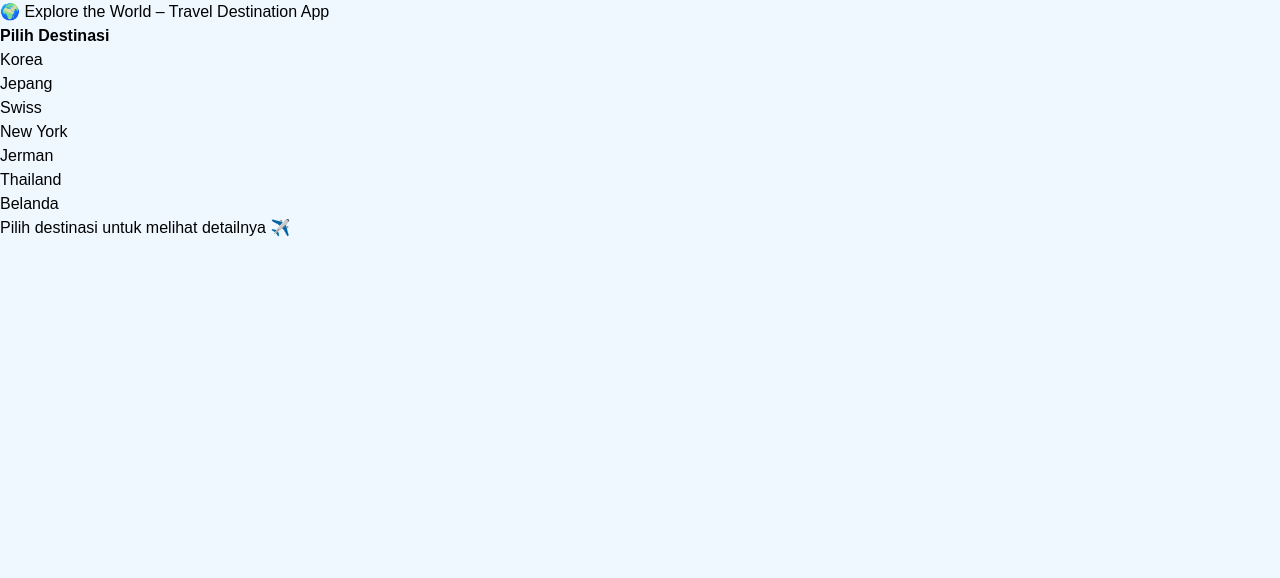
Repository: clara20050224/TravelDestination
Page: /
An editor plug-in stored every save of this project. The page is shown before and after the next save, followed by the edit.
The browser window is 1280 px wide. The pictures show the whole page.
The project was rebuilt for these pictures with package versions that can differ from the ones it lists, and the page was loaded fresh each time.

Above is the page before, as saved 2025-10-28 20:49:43.

### index.html
<!DOCTYPE html>
<html lang="en">
  <head>
    <meta charset="UTF-8" />
    <link rel="icon" type="image/svg+xml" href="/vite.svg" />
    <meta name="viewport" content="width=device-width, initial-scale=1.0" />
    <title>Travel Destination App</title>
  </head>
  <body>
    <div id="root"></div>
    <script type="module" src="/src/main.jsx"></script>
  </body>
</html>

### src/App.jsx
import React, { useState } from "react";
import Header from "./components/Header";
import DestinationList from "./components/DestinationList";
import DestinationDetail from "./components/DestinationDetail";

export default function App() {
  const [selectedDestination, setSelectedDestination] = useState(null);

  const destinations = [
    {
      name: "Korea",
      description: "Negeri ginseng dengan budaya K-pop dan kuliner khas seperti kimchi.",
      image: "https://images.unsplash.com/photo-1585123662034-916e3c2e8433",
    },
    {
      name: "Jepang",
      description: "Negeri sakura dengan teknologi maju dan keindahan kuil tradisional.",
      image: "https://images.unsplash.com/photo-1568605117036-5fe5e7bab0b7",
    },
    {
      name: "Swiss",
      description: "Negara dengan pegunungan Alpen dan cokelat terbaik di dunia.",
      image: "https://images.unsplash.com/photo-1521295121783-8a321d551ad2",
    },
    {
      name: "New York",
      description: "Kota yang tidak pernah tidur, pusat budaya dan ekonomi dunia.",
      image: "https://images.unsplash.com/photo-1534447677768-be436bb09401",
    },
    {
      name: "Jerman",
      description: "Negeri dengan sejarah panjang, kastil indah, dan sosis bratwurst.",
      image: "https://images.unsplash.com/photo-1509395176047-4a66953fd231",
    },
    {
      name: "Thailand",
      description: "Negara tropis penuh kuliner lezat dan pantai yang eksotis.",
      image: "https://images.unsplash.com/photo-1507525428034-b723cf961d3e",
    },
    {
      name: "Belanda",
      description: "Negara kincir angin dan bunga tulip yang mempesona.",
      image: "https://images.unsplash.com/photo-1469474968028-56623f02e42e",
    },
  ];

  return (
    <div className="min-h-screen bg-gradient-to-b from-blue-50 to-blue-100 p-6">
      <Header />
      <div className="grid grid-cols-1 md:grid-cols-2 gap-6 mt-6">
        <DestinationList
          destinations={destinations}
          onSelect={setSelectedDestination}
        />
        <DestinationDetail destination={selectedDestination} />
      </div>
    </div>
  );
}

### src/index.css
@tailwind base;
@tailwind components;
@tailwind utilities;

/* Custom tambahan (opsional) */
body {
  font-family: 'Poppins', sans-serif;
  background-color: #f0f8ff;
}

h1, h2, h3 {
  font-weight: 600;
}

### src/components/Header.jsx
import React from "react";

export default function Header() {
  return (
    <header className="text-center text-3xl font-bold text-blue-700">
      🌍 Explore the World – Travel Destination App
    </header>
  );
}

### src/components/DestinationList.jsx
import React from "react";

export default function DestinationList({ destinations, onSelect }) {
  return (
    <div className="bg-white rounded-2xl shadow-lg p-4">
      <h2 className="text-2xl font-semibold mb-4 text-gray-700">Pilih Destinasi</h2>
      <ul className="space-y-3">
        {destinations.map((dest, index) => (
          <li
            key={index}
            className="p-3 rounded-xl cursor-pointer hover:bg-blue-100 transition"
            onClick={() => onSelect(dest)}
          >
            <span className="font-medium text-gray-800">{dest.name}</span>
          </li>
        ))}
      </ul>
    </div>
  );
}

### src/components/DestinationDetail.jsx
import React from "react";

export default function DestinationDetail({ destination }) {
  if (!destination) {
    return (
      <div className="bg-white rounded-2xl shadow-lg p-4 text-gray-600 flex items-center justify-center h-full">
        <p>Pilih destinasi untuk melihat detailnya ✈️</p>
      </div>
    );
  }

  return (
    <div className="bg-white rounded-2xl shadow-lg p-4">
      <img
        src={destination.image}
        alt={destination.name}
        className="w-full h-64 object-cover rounded-xl mb-4"
      />
      <h2 className="text-2xl font-bold text-blue-700 mb-2">
        {destination.name}
      </h2>
      <p className="text-gray-700">{destination.description}</p>
    </div>
  );
}

Loaded but not shown: src/main.jsx (common file)

After the next save:
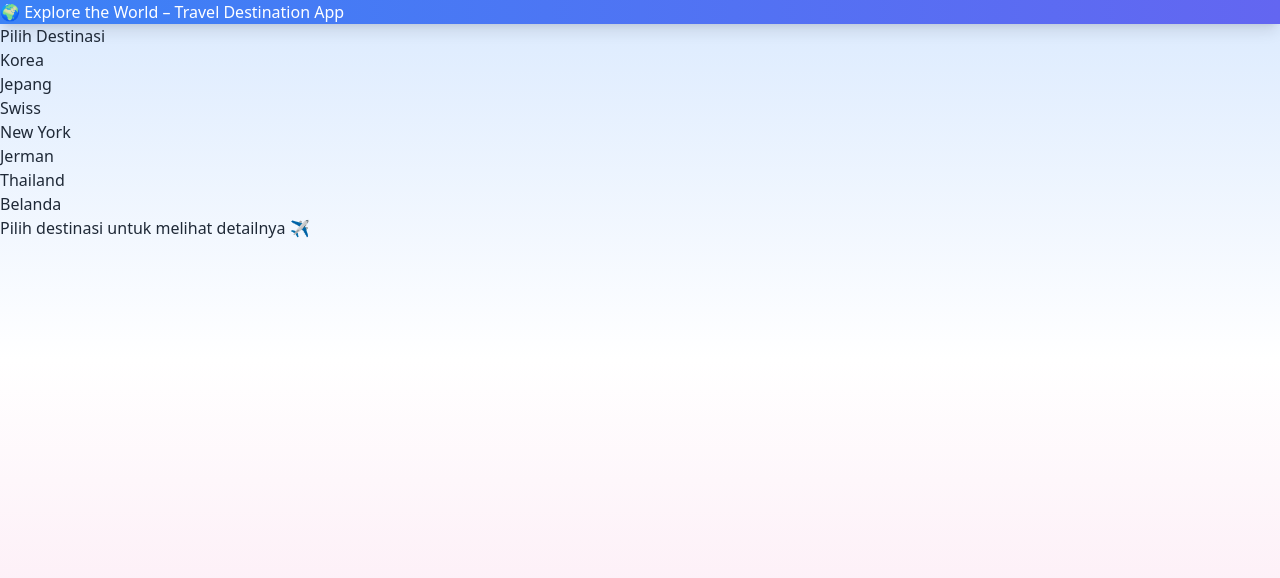
Saved 21 min 9 s later.
--- a/src/index.css
+++ b/src/index.css
@@ -2,12 +2,76 @@
 @tailwind components;
 @tailwind utilities;
 
-/* Custom tambahan (opsional) */
+/* 🌍 Custom styles */
 body {
-  font-family: 'Poppins', sans-serif;
-  background-color: #f0f8ff;
+  @apply bg-gradient-to-b from-blue-100 via-white to-pink-100
+         min-h-screen font-sans text-gray-800;
 }
 
-h1, h2, h3 {
-  font-weight: 600;
+/* Header Styling */
+header {
+  @apply bg-gradient-to-r from-blue-500 to-indigo-500 text-white shadow-lg;
 }
+
+/* Destination Card Styling */
+.destination-card {
+  @apply bg-white rounded-2xl shadow-md hover:shadow-xl transition-shadow duration-300
+         transform hover:scale-105 cursor-pointer;
+}
+
+/* Image styling */
+.destination-card img {
+  @apply w-full h-48 object-cover rounded-t-2xl;
+}
+
+/* Destination Title */
+.destination-title {
+  @apply text-lg font-semibold text-gray-800 mt-3 mb-1;
+}
+
+/* Destination Country */
+.destination-country {
+  @apply text-sm text-gray-500;
+}
+
+/* Active Card (Selected Destination) */
+.active-card {
+  @apply ring-4 ring-blue-400;
+}
+
+/* Detail Section */
+.destination-detail {
+  @apply bg-white p-6 rounded-2xl shadow-xl mt-6 animate-fadeIn;
+}
+
+/* Animation */
+@keyframes fadeIn {
+  from {
+    opacity: 0;
+    transform: translateY(20px);
+  }
+  to {
+    opacity: 1;
+    transform: translateY(0);
+  }
+}
+
+.animate-fadeIn {
+  animation: fadeIn 0.4s ease-in-out;
+}
+
+/* Button Style */
+.button-primary {
+  @apply bg-blue-500 hover:bg-blue-600 text-white px-4 py-2 rounded-lg shadow-md
+         transition duration-300 ease-in-out;
+}
+
+/* Responsive grid for DestinationList */
+.grid-destinations {
+  @apply grid grid-cols-1 sm:grid-cols-2 md:grid-cols-3 lg:grid-cols-4 gap-6 mt-6;
+}
+
+/* Footer (optional aesthetic) */
+footer {
+  @apply text-center text-gray-500 text-sm mt-10 pb-6;
+}
